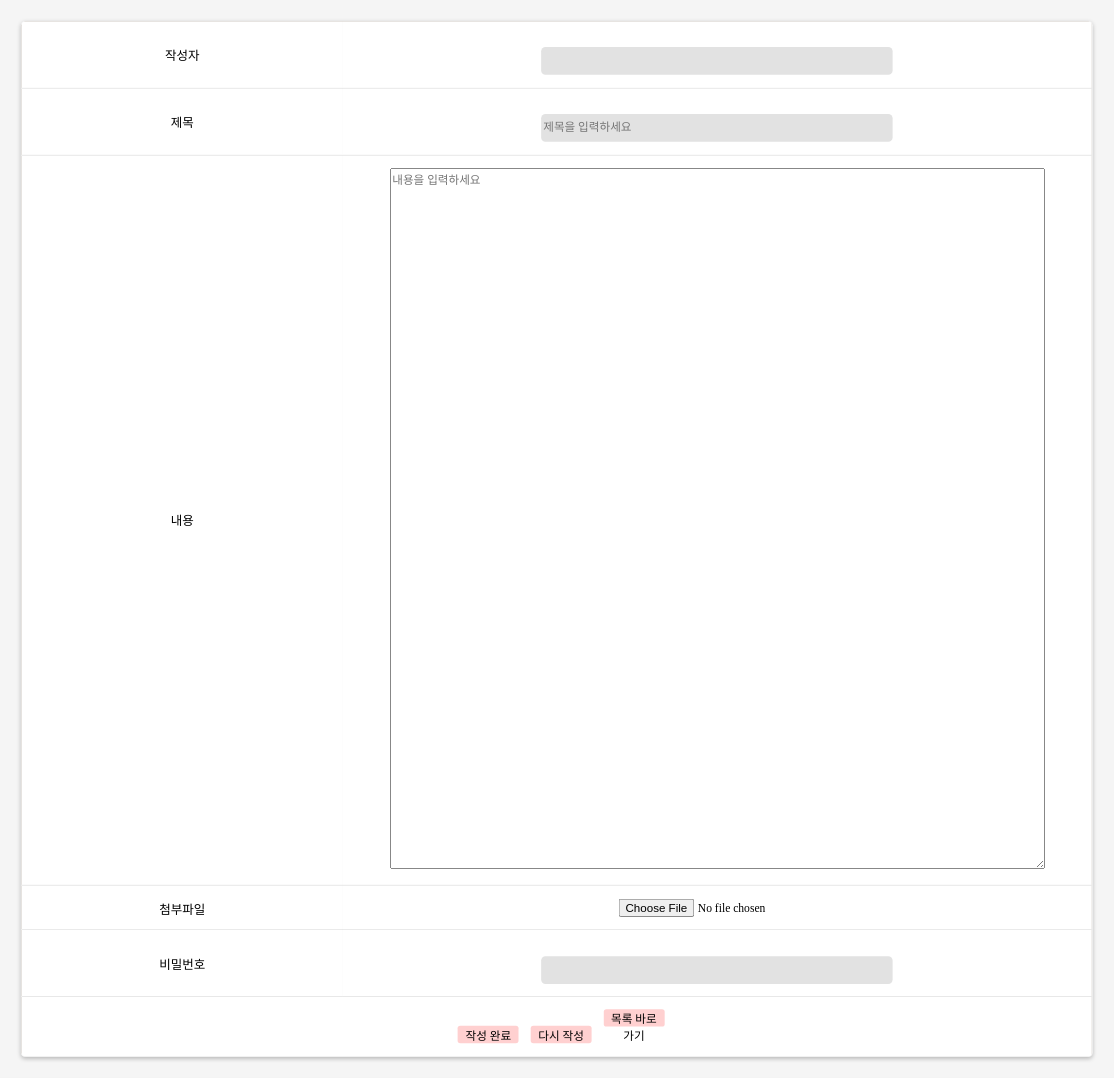
Repository: ssoo0011/school
Page: http://localhost/SBoard/MVCBoard/Write.jsp
These files come from the project's save history. The page is drawn as it stood at one moment and after the next save; the edit follows.
The browser window is 1280 px wide. The pictures show the whole page, at 87% of full size.
Some web fonts or font styles are not loaded; a fallback is used. The page is served by Tomcat 9.

Above is the page before, as saved 2023-03-21 05:55:44.

After the next save:
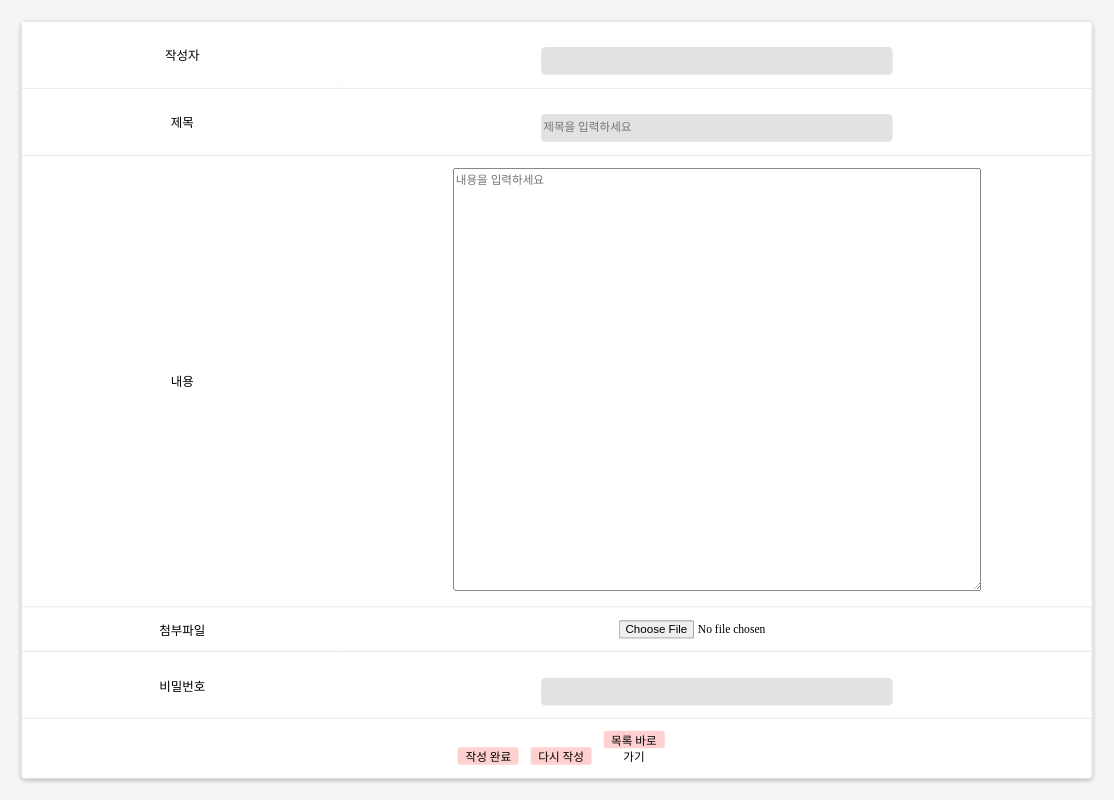
Saved 23 s later.
--- a/JSP/SBoard/WebContent/MVCBoard/Write.jsp
+++ b/JSP/SBoard/WebContent/MVCBoard/Write.jsp
@@ -23,7 +23,7 @@
         </tr>
         <tr>
             <td> 내용 </td>
-            <td> <textarea cols = '100' rows = '50' name = 'content' placeholder="내용을 입력하세요"></textarea> </td>
+            <td> <textarea cols = '80' rows = '30' name = 'content' placeholder="내용을 입력하세요"></textarea> </td>
         </tr>
         <tr>
             <td> 첨부파일 </td>
